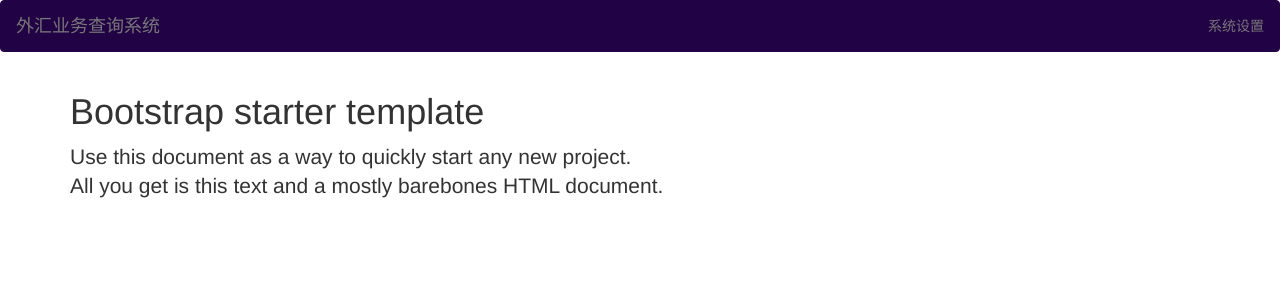
Repository: xyj4421/BG_demo
Page: BG_demo2/WebRoot/index2.html
These files come from the project's save history. The page is drawn as it stood at one moment and after the next save; the edit follows.
The browser window is 1280 px wide. The pictures show the whole page.

Above is the page before, as saved 2015-10-23 02:52:05.

### BG_demo2/WebRoot/index2.html
<!DOCTYPE html>
<html lang="en">
  <head>
    <meta charset="utf-8">
    <meta http-equiv="X-UA-Compatible" content="IE=edge">
    <meta name="viewport" content="width=device-width, initial-scale=1">
    <!-- The above 3 meta tags *must* come first in the head; any other head content must come *after* these tags -->
    <meta name="description" content="">
    <meta name="author" content="">

    <title>Starter Template for Bootstrap</title>
<link rel="stylesheet" href="bootstrap/css/bootstrap.min.css" type="text/css"></link>

  </head>

  <body>
<nav class="navbar navbar-default">
  <div class="container-fluid">
    <!-- Brand and toggle get grouped for better mobile display -->
    <div class="navbar-header">
      <button type="button" class="navbar-toggle collapsed" data-toggle="collapse" data-target="#bs-example-navbar-collapse-1" aria-expanded="false">
        <span class="sr-only">Toggle navigation</span>
        <span class="icon-bar"></span>
        <span class="icon-bar"></span>
        <span class="icon-bar"></span>
      </button>
      <a class="navbar-brand" href="#">外汇业务查询系统</a>
    </div>

    <!-- Collect the nav links, forms, and other content for toggling -->
    <!--
    <div class="collapse navbar-collapse" id="bs-example-navbar-collapse-1">
      <ul class="nav navbar-nav">
        <li class="active"><a href="#">Link <span class="sr-only">(current)</span></a></li>
        <li><a href="#">Link</a></li>
        <li class="dropdown">
          <a href="#" class="dropdown-toggle" data-toggle="dropdown" role="button" aria-haspopup="true" aria-expanded="false">Dropdown <span class="caret"></span></a>
          <ul class="dropdown-menu">
            <li><a href="#">Action</a></li>
            <li><a href="#">Another action</a></li>
            <li><a href="#">Something else here</a></li>
            <li role="separator" class="divider"></li>
            <li><a href="#">Separated link</a></li>
            <li role="separator" class="divider"></li>
            <li><a href="#">One more separated link</a></li>
          </ul>
        </li>
      </ul>
      <form class="navbar-form navbar-left" role="search">
        <div class="form-group">
          <input type="text" class="form-control" placeholder="Search">
        </div>
        <button type="submit" class="btn btn-default">Submit</button>
      </form>
       -->
      <ul class="nav navbar-nav navbar-right">
        <li><a href="#">系统设置</a></li>
        <!-- <li class="dropdown">
          <a href="#" class="dropdown-toggle" data-toggle="dropdown" role="button" aria-haspopup="true" aria-expanded="false">Dropdown <span class="caret"></span></a>
          <ul class="dropdown-menu">
            <li><a href="#">Action</a></li>
            <li><a href="#">Another action</a></li>
            <li><a href="#">Something else here</a></li>
            <li role="separator" class="divider"></li>
            <li><a href="#">Separated link</a></li>
          </ul>
        </li>
         -->
      </ul>
    </div><!-- /.navbar-collapse -->
  </div><!-- /.container-fluid -->
</nav>

    <div class="container">

      <div >
        <h1>Bootstrap starter template</h1>
        <p class="lead">Use this document as a way to quickly start any new project.<br> All you get is this text and a mostly barebones HTML document.</p>
      </div>

    </div><!-- /.container -->


    <!-- Bootstrap core JavaScript
    ================================================== -->
    <!-- Placed at the end of the document so the pages load faster -->
   <script type="text/javascript" src="jquery/jquery-1.11.3.min.js"></script>
   <script type="text/javascript" src="bootstrap/js/bootstrap.min.js"></script>
     </body>
</html>

Loaded but not shown: BG_demo2/WebRoot/bootstrap/css/bootstrap.min.css (library); BG_demo2/WebRoot/jquery/jquery-1.11.3.min.js (library); BG_demo2/WebRoot/bootstrap/js/bootstrap.min.js (library)

After the next save:
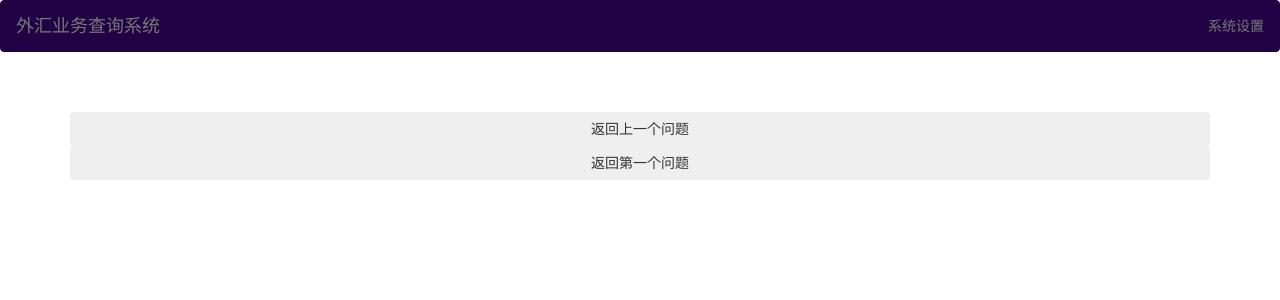
Saved 4 min 0 s later.
--- a/BG_demo2/WebRoot/index2.html
+++ b/BG_demo2/WebRoot/index2.html
@@ -72,12 +72,38 @@
 </nav>
 
     <div class="container">
+    <div class="row-fluid">
+		<div class="span12">
 
+			<div class="row-fluid">
+				<div class="span3">
+				</div>
+				<div class="span6">
+					<h1></h1>
+					<table class="table">
+					</table>
+					<div class="row-fluid">
+						<div class="span6">
+							 <button class="btn btn-block" type="button">返回上一个问题</button>
+						</div>
+						<div class="span6">
+							 <button class="btn btn-block" type="button">返回第一个问题</button>
+						</div>
+					</div>
+				</div>
+				<div class="span3">
+				</div>
+			</div>
+		</div>
+	</div>
+
+
+<!--
       <div >
         <h1>Bootstrap starter template</h1>
         <p class="lead">Use this document as a way to quickly start any new project.<br> All you get is this text and a mostly barebones HTML document.</p>
       </div>
-
+ -->
     </div><!-- /.container -->
 
 
